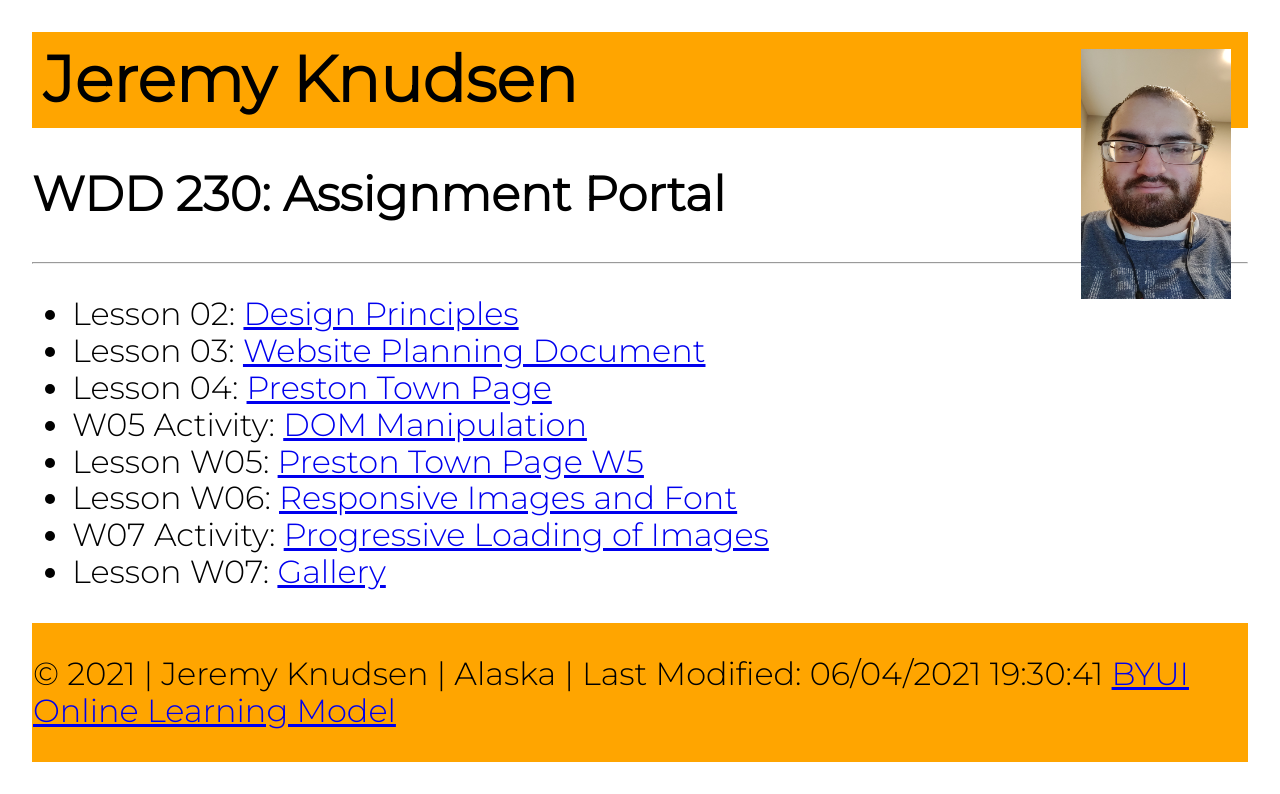
Repository: jknudsen97/jknudsen97.github.io
Page: index.html
An editor plug-in stored every save of this project. The page is shown before and after the next save, followed by the edit.
The browser window is 1280 px wide. The pictures show the whole page.

Above is the page before, as saved 2021-06-10 02:16:27.

### index.html
<!DOCTYPE html>
<html lang="en">
    <head>
        <meta charset="UTF-8">
        <meta name="viewport" content="width=device-width, initial-scale=1"/>
        <title>Course Portal Home Page</title>
        <meta name="description" content="Jeremy Knudsen's WDD 230 Home Page"/>
        <link rel="preconnect" href="https://fonts.gstatic.com">
        <link href="https://fonts.googleapis.com/css2?family=Montserrat:wght@100;300&display=swap" rel="stylesheet">
        <link rel="stylesheet" href="CSS/normalize.css">
        <link rel="stylesheet" href="CSS/style.css"/>
        <link rel="stylesheet" href="CSS/medium.css"/>
    </head>

<body>
<header>
    <img src="Images/me.jpg" alt="A picture of me" style="width: 150px; height: 250px">
    <h1 style="margin: 10px;">Jeremy Knudsen</h1>
</header>
<main>
    <h2><b>WDD 230: Assignment Portal</b></h2>
    <hr>

    <ul>
        <li> Lesson 02: <a href="lesson02/designprinciples.html">Design Principles</a></li>
        <li> Lesson 03: <a href="lesson03/index.html">Website Planning Document</a></li>
        <li> Lesson 04: <a href="lesson04/preston-4.html">Preston Town Page</a></li>
        <li> W05 Activity: <a href="W05 Activity/bom.html">DOM Manipulation</a></li>
        <li> Lesson W05: <a href="lesson05/preston-5.html">Preston Town Page W5</a></li>
        <li> Lesson W06: <a href="lesson06/preston-6.html">Responsive Images and Font</a></li>
        <li> W07 Activity: <a a href="W07 Activity/lazyload.html">Progressive Loading of Images</a></li>
        <li> Lesson W07: <a href="lesson07/gallery-7.html">Gallery</a></li>
    </ul>

</main>
    <footer>
        <p>&copy; <span id="currentYear"></span> | Jeremy Knudsen | Alaska |
         Last Modified: <span id="lastMod"></span>
        <a href="https://www.byui.edu/online">BYUI Online Learning Model</a></p>
    </footer>
    <script src="JS/script.js"></script>
</body>
</html>

### CSS/style.css
header,
footer {
    border: 1px solid orange;
    background-color: orange;
}

body {
    align-items: center;
    padding: 2rem;
    font-size: 1rem;
    font-family: 'Montserrat', sans-serif;
}

header img {
    padding: 1rem;
    float: right;
    width: 200px;
    height: auto;
}

### CSS/medium.css
@media only screen and (min-width: 32.5rem){
    body {
        font-size: 2.0rem;
    }
}

### JS/script.js
let date = new Date();
let x = date.getFullYear();

document.querySelector('#currentYear').textContent = x;

document.querySelector('#lastMod').textContent = document.lastModified;

Loaded but not shown: CSS/normalize.css (library)

After the next save:
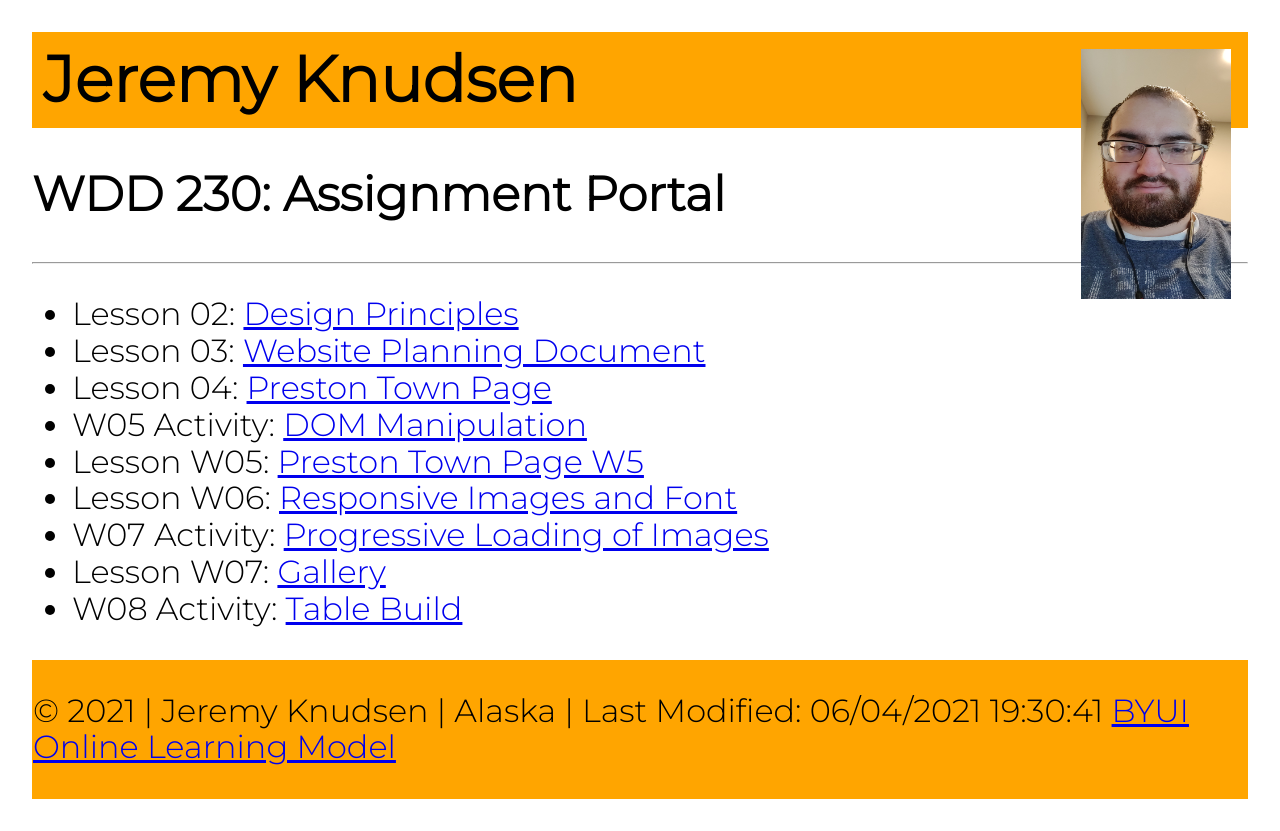
Saved 50 min 17 s later.
--- a/index.html
+++ b/index.html
@@ -30,6 +30,7 @@
         <li> Lesson W06: <a href="lesson06/preston-6.html">Responsive Images and Font</a></li>
         <li> W07 Activity: <a a href="W07 Activity/lazyload.html">Progressive Loading of Images</a></li>
         <li> Lesson W07: <a href="lesson07/gallery-7.html">Gallery</a></li>
+        <li> W08 Activity: <a href="W08 Activity/tablebuild.html">Table Build</a></li>
     </ul>
 
 </main>
